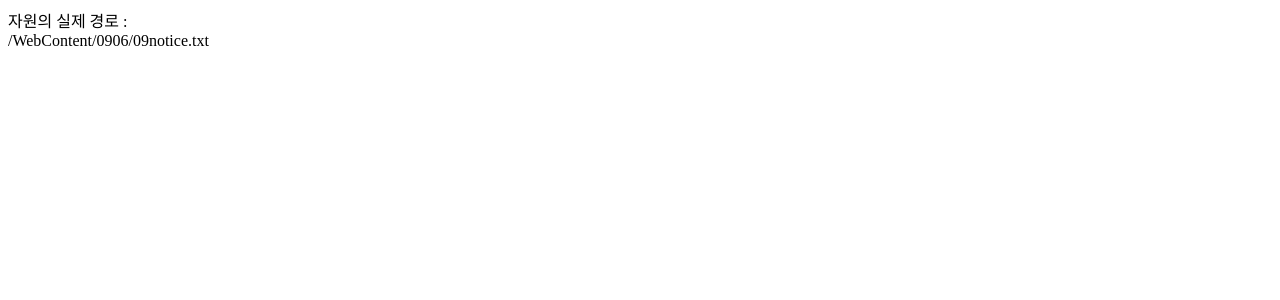
Repository: eParkjongtaek/lovedisket
Page: http://localhost/KH18_1/0906/10readResourceUsingApplication.jsp
These files come from the project's save history. The page is drawn as it stood at one moment and after the next save; the edit follows.
The browser window is 1280 px wide. The pictures show the whole page.
The page is served by Tomcat 9.

Above is the page before, as saved 2017-09-06 02:05:07.

After the next save:
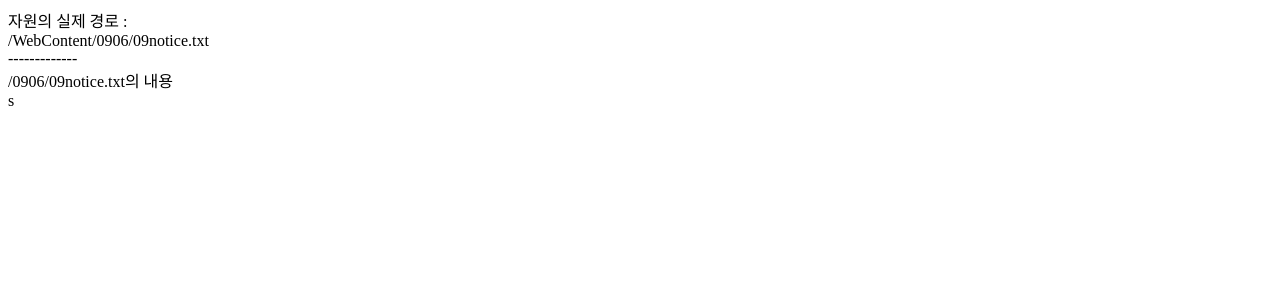
Saved 36 s later.
--- a/source/KH18_1/WebContent/0906/10readResourceUsingApplication.jsp
+++ b/source/KH18_1/WebContent/0906/10readResourceUsingApplication.jsp
@@ -8,5 +8,8 @@
 	%>
 	자원의 실제 경로 : <br>
 	<%=application.getRealPath(resourcePath) %>
+	<br>
+	-------------<br>
+	<%=resourcePath %>의 내용<br>s
 	</body>
 </html>
